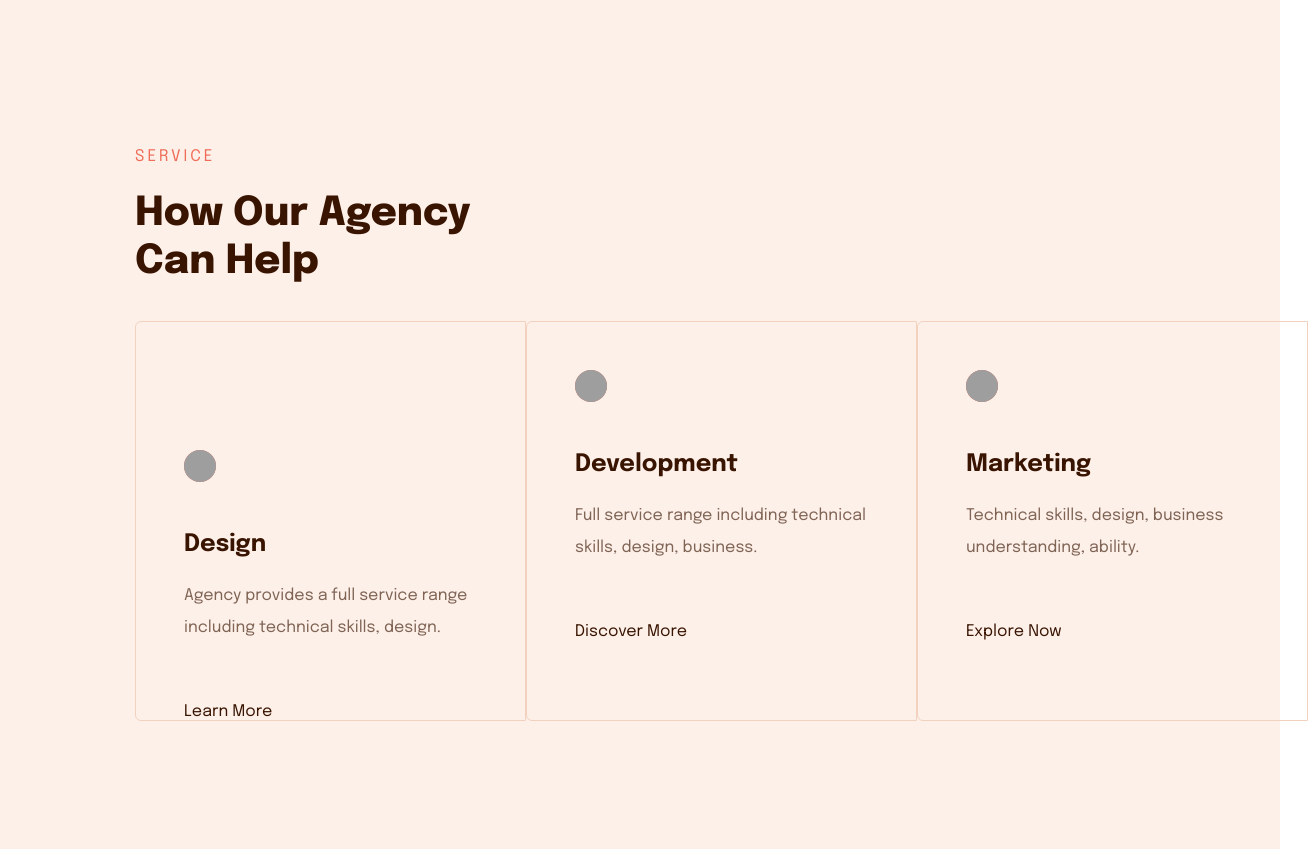
Repository: simralgasimov/service
Page: index.html
These files come from the project's save history. The page is drawn as it stood at one moment and after the next save; the edit follows.
The browser window is 1280 px wide. The page is 1308 px wide, so the pictures cover 1308 px, including what lies to the right of the window. The pictures show the whole page.
Pictures or frames that could not be fetched are drawn as grey boxes.

Above is the page before, as saved 2023-09-04 13:20:12.

After the next save:
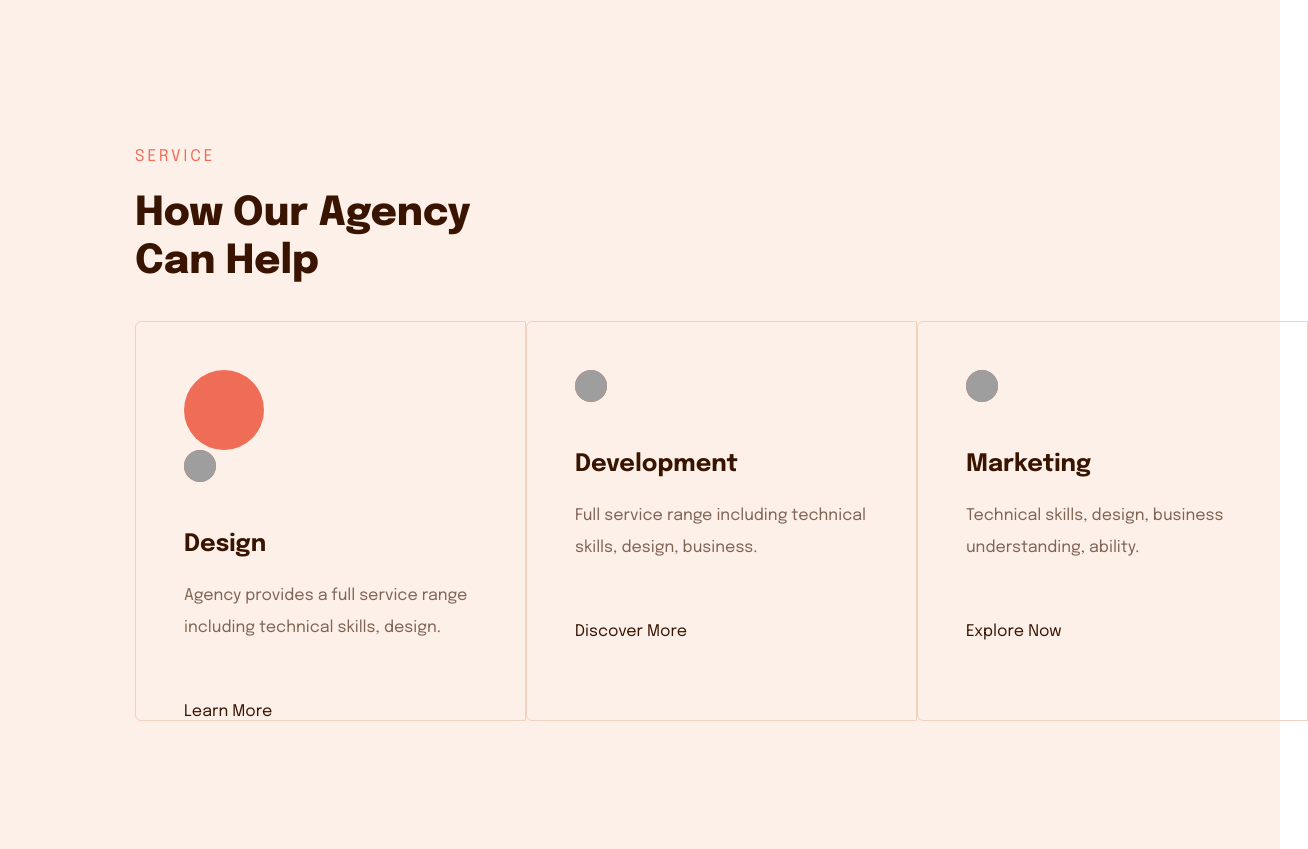
Saved 11 s later.
--- a/index.css
+++ b/index.css
@@ -51,6 +51,7 @@
   width: 80px;
 height: 80px;
 border-radius: 50%;
+background-color: #EF6C57;
 }
 .container ul li img {
   width: 80px;
